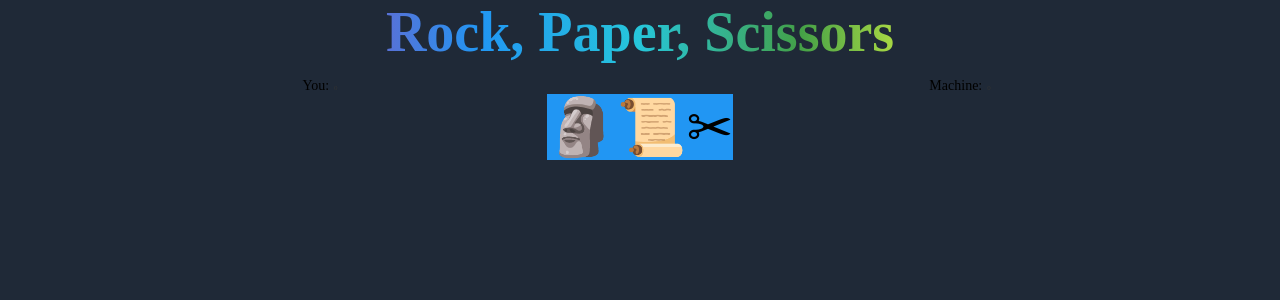
Repository: dung8466/RPS
Page: index.html
The author's editor kept a copy of each file at every save. The page is drawn from the files as they stood at one save, then again after the next save.
The browser window is 1280 px wide. The pictures show the whole page.

Above is the page before, as saved 2022-07-01 21:38:08.

After the next save:
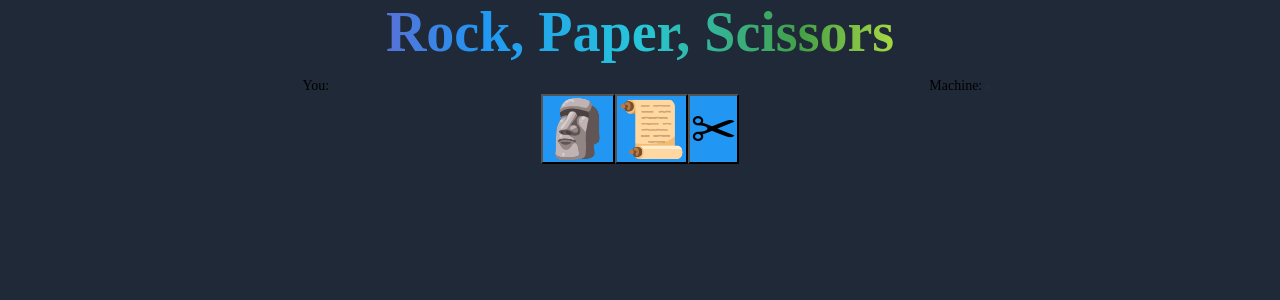
Saved 8 s later.
--- a/style.css
+++ b/style.css
@@ -20,8 +20,7 @@
 
   .selection {
     background-color: #2196f3;
-    border: none;
-    outline: none;
+
     cursor: pointer;
     font-size: 4rem;
     transition: 100ms;
